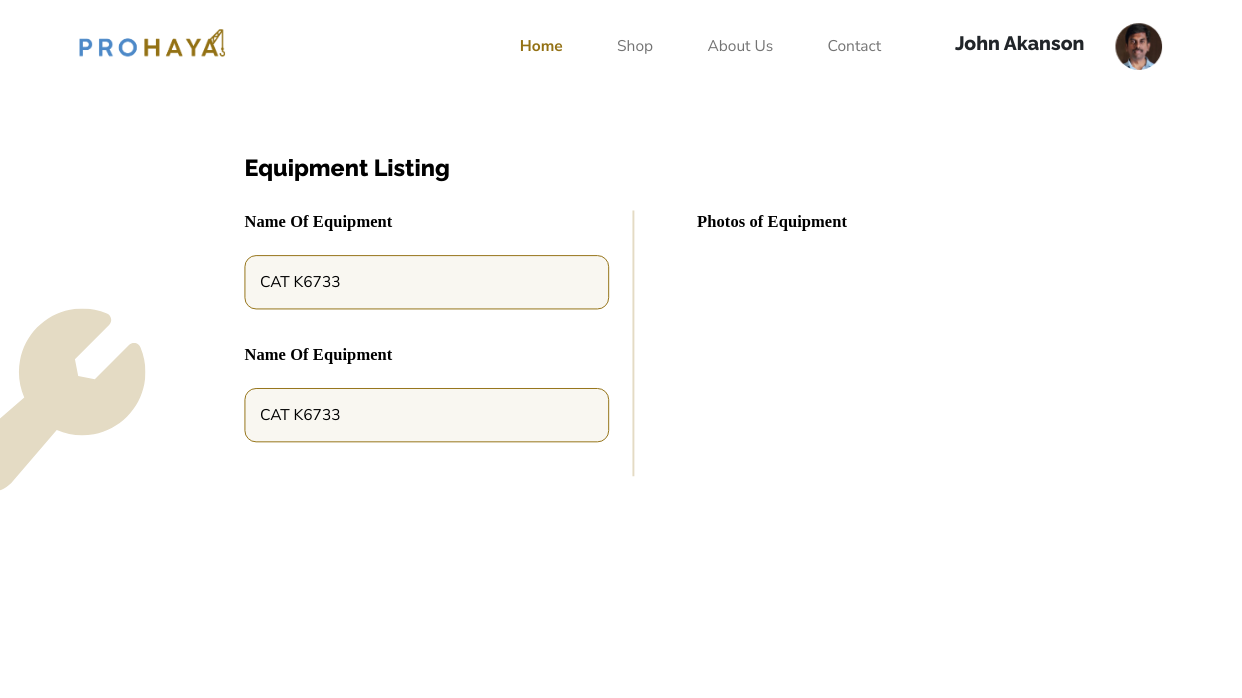
Repository: stormcelltech/Prohaya-UI
Page: Prohaya-UI/equipment_listing.html
An editor plug-in stored every save of this project. The page is shown before and after the next save, followed by the edit.
The browser window is 1280 px wide. The pictures show the whole page, at 97% of full size.
Some web libraries are served in a nearby version.

Above is the page before, as saved 2022-04-14 02:27:17.
Console error: TypeError: $(...).owlCarousel is not a function

### Prohaya-UI/equipment_listing.html
<!DOCTYPE html>
<html lang="en">

<head>
    <meta charset="UTF-8">
    <meta http-equiv="X-UA-Compatible" content="IE=edge">
    <meta name="viewport" content="width=device-width, initial-scale=1.0">
    <title>Prohaya</title>
    <script src="./assets/js/jquery-3.6.0.js"></script>
    <script src="./assets/bootstrap/dist/js/bootstrap.bundle.js"></script>
    <link rel="stylesheet" href="assets/bootstrap/dist/css/bootstrap.css">
    <link rel="stylesheet" href="./assets/css/custom.css">
    <link rel="stylesheet" href="./assets/css/carousel.css">
    <link rel="stylesheet" href="./assets/css/responsive.css">
    <script src="https://kit.fontawesome.com/151ccf5101.js" crossorigin="anonymous"></script>
    <link rel="stylesheet" href="assets/fontawesome/css/all.css">
    <link rel="preconnect" href="https://fonts.googleapis.com">
    <link rel="preconnect" href="https://fonts.gstatic.com" crossorigin>
    <link href="https://fonts.googleapis.com/css2?family=Raleway:wght@800&display=swap" rel="stylesheet">


</head>

<body>
    <nav class="navbar navbar-expand-lg navbar-light custom-navWidth bg-light">
        <div class="container">
            <a class="navbar-brand" href="#"><img src="assets/img/logo/logo.png" class="logo" alt=""></a>
            <button class="navbar-toggler border-0" type="button" data-bs-toggle="collapse" data-bs-target="#navbarSupportedContent" aria-controls="navbarSupportedContent" aria-expanded="false" aria-label="Toggle navigation">
            <span class="navbar-toggler-icon"></span>
          </button>
            <div class="collapse navbar-collapse" id="navbarSupportedContent">
                <ul class="navbar-nav custom-nav-link ms-auto mb-2 mb-lg-0">
                    <li class="nav-item">
                        <a class="nav-link active custom-active" aria-current="page" href="#">Home</a>
                    </li>
                    <li class="nav-item">
                        <a class="nav-link" href="shop.html">Shop</a>
                    </li>

                    <li class="nav-item">
                        <a class="nav-link" href="#">About Us</a>
                    </li>

                    <li class="nav-item">
                        <a class="nav-link" href="#">Contact</a>
                    </li>
                </ul>
                <div class="custom-nav-btn-container">
                    <!-- <a href="login.html" class="signin-link">Sign in</a> -->
                    <strong class="custom_john">John Akanson</strong>
                    <!-- <a href="signup.html" class="custom-btn-primary">Sign Up</a> -->
                    <img src="./assets/img/card img/Ellipse 14.png" alt="">
                </div>
            </div>
        </div>
    </nav>

    <header class="custom-listing-padding">
        <div class="container">
            <div class="row">
                <h1 class="custom_listing">Equipment Listing</h1>
                <form action="">
                    <div class="row custom-row-padding">
                        <div class="col-md-6">
                            <div class="mb-3">
                                <label for="exampleFormControlInput1" class="form-label custom-labels">Name Of Equipment</label>
                                <input type="text" class="form-control custom-input" id="exampleFormControlInput1" placeholder="CAT K6733">
                            </div>
                            <div class="mb-3">
                                <label for="exampleFormControlInput1" class="form-label custom-labels">Name Of Equipment</label>
                                <input type="text" class="form-control custom-input" id="exampleFormControlInput1" placeholder="CAT K6733">
                            </div>

                        </div>
                        <div class="col-md-1 ">
                            <div class="custom_hr">
                            </div>
                        </div>

                        <div class="col-md-5">
                            <strong class="custom_photo_section">Photos of Equipment</strong>
                        </div>
                    </div>
                </form>


                <!-- <div class="col-md-6 mb-5 d-md-block d-none custom-heading-margin-sm">
                    <h1 class="custom-heading-1 custom-heading .custom-heading-sm">
                        Looking to hire a heavy <br> duty equipment ?
                    </h1>
                    <div class="line"></div>
                    <p class="custom-paragraph">
                        <b class="custom-sub-heading">Look no further!!!</b><br> Prohaya connects you with vendors within your area in no time. Browse through several categories and equipments, pick an equipment and place your order.
                    </p>
                    <div class="my-5 custom-btn-align">
                        <a href="" class="custom-btn-primary extra-padding">Shop</a>
                    </div>
                </div>
                <div class="col-md-6 mt-5">
                    <div class="custom-box">
                        <div></div>
                    </div>
                    <div class="header-img">
                        <img src="assets/img/header component/AdobeStock_435388097_Preview_Editorial_Use_Only 1.png" alt="">
                    </div>
                </div>
                <div class="col-md-6 mb-5 d-md-none custom-heading-margin-sm">
                    <h1 class="custom-heading-1 custom-heading .custom-heading-sm">
                        Looking to hire a heavy <br> duty equipment ?
                    </h1>
                    <div class="line"></div>
                    <p class="custom-paragraph">
                        <b class="custom-sub-heading">Look no further!!!</b><br> Prohaya connects you with vendors within your area in no time. Browse through several categories and equipments, pick an equipment and place your order.
                    </p>
                    <div class="my-5 custom-btn-align">
                        <a href="" class="custom-btn-primary extra-padding">Shop</a>
                    </div>
                </div> -->
            </div>
        </div>
    </header>
    <div class="container-fluid">
        <div class="spanner-container">
            <img src="./assets/img/header component/Vector.svg" class="" alt="">
        </div>
    </div>
    <!-- <div class="container my-5">
        <div class="input-group d-md-none">
            <select class="form-select custom-form-select" id="inputGroupSelect04" aria-label="Example select with button addon">
              <option class="selected" selected>Location</option>
              <option value="1">One</option>
              <option value="2">Two</option>
              <option value="3">Three</option>
            </select>
            <select class="form-select custom-form-select" id="inputGroupSelect04" aria-label="Example select with button addon">
                <option class="selected" selected>Categories</option>
                <option value="1">One</option>
                <option value="2">Two</option>
                <option value="3">Three</option>
              </select>
            <select class="form-select custom-form-select" id="inputGroupSelect04" aria-label="Example select with button addon">
                <option class="selected" selected>Price</option>
                <option value="1">One</option>
                <option value="2">Two</option>
                <option value="3">Three</option>
              </select>
            <button class="btn btn-outline-secondary custom-brown-btn" type="button"><i class="fas fa-search"></i></button>
        </div>
    </div> -->
    <!-- <div class="container-fluid">
        <div class="spanner-container">
            <img src="./assets/img/header component/Vector.svg" class="" alt="">
        </div>
    </div> -->

    <!-- <section class="what-we-offer-bg">
        <div class="container">
            <h1 class="custom-heading-2 mt-5 text-white">
                What we offer
            </h1>
            <div class="line"></div>
        </div>

        <div class="container">
            <div class="row my-5 row-padding">
                <div class="col-md-4">
                    <div class="card mb-3 bg-transparent border-0" style="max-width: 540px;">
                        <div class="row g-0">
                            <div class="col-md-3 col-sm-12">
                                <div class="card-box d-flex justify-content-center">
                                    <div class="circle-1 text-center">
                                        <div class="icon-padding">
                                            <img src="./assets/img/icon/paste.png" width="35px" style="margin: 0 auto;" alt="">
                                        </div>
                                    </div>
                                </div>
                            </div>
                            <div class="col-md-9 text-start">
                                <div class="card-body">
                                    <h5 class="card-title custom-card-title">Listings Of Equipments</h5>
                                    <p class="card-text custom-card-text">Prohaya connects you with a wide range of equipments from vendors all around Nigeria. </p>
                                </div>
                            </div>
                        </div>
                    </div>
                </div>
                <div class="col-md-4">
                    <div class="card mb-3 bg-transparent border-0" style="max-width: 540px;">
                        <div class="row g-0">
                            <div class="col-md-3">
                                <div class="card-box d-flex justify-content-center">
                                    <div class="circle-2 text-center">
                                        <div class="icon-padding">
                                            <img src="./assets/img/icon/van-cargo.png" width="35px" style="margin: 0 auto;" alt="">
                                        </div>
                                    </div>
                                </div>
                            </div>
                            <div class="col-md-9 text-start">
                                <div class="card-body">
                                    <h5 class="card-title custom-card-title">Delivery Nationwide</h5>
                                    <p class="card-text custom-card-text">Prohaya connects you with a wide range of equipments from vendors all around Nigeria. </p>
                                </div>
                            </div>
                        </div>
                    </div>
                </div>
                <div class="col-md-4">
                    <div class="card mb-3 bg-transparent border-0" style="max-width: 540px;">
                        <div class="row g-0">
                            <div class="col-md-3">
                                <div class="card-box d-flex justify-content-center">
                                    <div class="circle-3 text-center">
                                        <div class="icon-padding">
                                            <img src="./assets/img/icon/arrow.png" width="35px" style="margin: 0 auto;" alt="">
                                        </div>
                                    </div>
                                </div>
                            </div>
                            <div class="col-md-9 text-start">
                                <div class="card-body">
                                    <h5 class="card-title custom-card-title">Negotiable Payments</h5>
                                    <p class="card-text custom-card-text">Prohaya connects you with a wide range of equipments from vendors all around Nigeria. </p>
                                </div>
                            </div>
                        </div>
                    </div>
                </div>
            </div>
        </div>
    </section> -->

    <!-- <section class="section-settings-3">
        <div class="container">
            <h1 class="custom-heading-3 mt-5 text-center">
                What do you need ?
            </h1>
        </div>

        <div class="container">
            <div class="row">
                <div class="col-md-4">
                    <div class="card" style="width: 20rem;">
                        <img src="./assets/img/background/unsplash_jibUsRaauLY.png" class="card-img-top p-3" alt="...">
                        <div class="card-body">
                            <div class="card-title custom-card-title-2">
                                Excavators
                            </div>
                            <div class="card-text font-weight-bold">
                                Available
                            </div>
                        </div>
                    </div>
                </div>
                <div class="col-md-4">
                    <div class="card" style="width: 20rem;">
                        <img src="./assets/img/background/unsplash_AI2YT94sSeA@2x.png" class="card-img-top p-3" alt="...">
                        <div class="card-body">
                            <div class="card-title custom-card-title-2">
                                Bulldozers
                            </div>
                            <div class="card-text font-weight-bold">
                                Available
                            </div>
                        </div>
                    </div>
                </div>
                <div class="col-md-4">
                    <div class="card" style="width: 20rem;">
                        <img src="./assets/img/background/unsplash_9qfH_EIzH6w.png" class="card-img-top p-3" alt="...">
                        <div class="card-body">
                            <div class="card-title custom-card-title-2">
                                Graders
                            </div>
                            <div class="card-text font-weight-bold">
                                Available
                            </div>
                        </div>
                    </div>
                </div>
            </div>



        </div>
    </section> -->

    <!-- <section class="section-settings-4">
        <div class="container">
            <h1 class="custom-heading-2 mt-5 text-dark">
                Testimonials
            </h1>
            <div class="line"></div>
        </div>

        <div class="container">
            <div class="circle-quote-container d-flex justify-content-start">
                <div class="circle-quote d-inline-flex">
                    <span class="circle-quote-img"><img src="./assets/img/icon/Vector.svg" alt=""></span><span></span>
                </div>
            </div>
            <div class="row testimonial-margin">
                <div class="col-md-4">
                    <div class="card">
                        <img src="assets/img/background/Rectangle 28.png" alt="" class="card-img-top">
                        <div class="card-body">
                            <div class="card-text my-2 text-justify">
                                Lorem ipsum dolor sit amet, consectetur adipiscing elit. Lacus scelerisque faucibus feugiat sed vestibulum sit mauris eget tempor. Hac lacus, posuere in bibendum interdum.
                            </div>
                            <div class="card-title font-weight-bold">
                                <b>
                                Kate
                                </b>
                            </div>
                            <div class="text-gray">
                                Elizade Construction Company
                            </div>
                        </div>
                    </div>
                </div>
                <div class="col-md-4">
                    <div class="card">
                        <img src="assets/img/background/unsplash_vK6HbLrGzZc.png" alt="" class="card-img-top">
                        <div class="card-body">
                            <div class="card-text my-2 text-justify">
                                Lorem ipsum dolor sit amet, consectetur adipiscing elit. Lacus scelerisque faucibus feugiat sed vestibulum sit mauris eget tempor. Hac lacus, posuere in bibendum interdum.
                            </div>
                            <div class="card-title font-weight-bold">
                                <b>
                                    Okoro
                                </b>
                            </div>
                            <div class="text-gray">
                                Elizade Construction Company
                            </div>
                        </div>
                    </div>
                </div>
                <div class="col-md-4">
                    <div class="card">
                        <img src="assets/img/background/unsplash_KHO_jvns5Xc.png" alt="" class="card-img-top">
                        <div class="card-body">
                            <div class="card-text my-2 text-justify">
                                Lorem ipsum dolor sit amet, consectetur adipiscing elit. Lacus scelerisque faucibus feugiat sed vestibulum sit mauris eget tempor. Hac lacus, posuere in bibendum interdum.
                            </div>
                            <div class="card-title font-weight-bold">
                                <b>
                                    Micheal
                                </b>
                            </div>
                            <div class="text-gray">
                                Elizade Construction Company
                            </div>
                        </div>
                    </div>
                </div>
            </div>

            <div class="circle-quote-container d-flex justify-content-end">
                <div class="circle-quote-2 d-inline-flex"> -->
                    <!-- <span class="circle-quote-img"><img src="./assets/img/icon/Vector.svg" alt=""></span><span></span> -->
                    <!-- <span></span> <span class="circle-quote-img-2"><img src="./assets/img/icon/Vector.svg" alt=""></span>
                </div>
            </div>
        </div>
    </section> -->

    <!-- <section class="section-settings-5">
        <div class="container">
            <div class="row d-flex justify-content-center">
                <div class="col-md-6">
                    <div class="details-1 pb-5 my-lg-5">
                        The largest community of <br> Heavy duty equipments <br> Hirers and Users
                    </div>
                </div>
                <div class="col-md-6">
                    <div class="card custom-signup-card">
                        <div class="signup-heading">
                            Sign up for a free account
                        </div>
                        <div class="card-body p-4">
                            <form action="" class="px-4">
                                <div class="row">
                                    <div class="col-md-6 mt-4">
                                        <input type="text" class="form-control form-custom-control" placeholder="First name" name="firstname" id="">
                                    </div>
                                    <div class="col-md-6 mt-4">
                                        <input type="text" name="lastname" class="form-control form-custom-control" placeholder="Last name" id="">
                                    </div>
                                </div>
                                <div class="row mt-4">
                                    <div class="col-md-12">
                                        <input type="email" class="form-control form-custom-control" placeholder="Email address" name="firstname" id="">
                                    </div>

                                </div>

                                <div class="row my-4">
                                    <div class="col-md-12">
                                        <input type="password" class="form-control form-custom-control" placeholder="Create password" name="firstname" id="">
                                    </div>

                                </div>

                                <div class="signup-btn-container mb-4">
                                    <button type="submit" class="custom-btn custom-primary-btn">Register</button>
                                </div>
                            </form>
                        </div>
                    </div>
                </div>
            </div>
        </div>
    </section> -->

    <!-- <footer class="footer-settings">
        <div class="container">
            <div class="row mt-5">
                <div class="col-md-12">
                    <div class="row">
                        <div class="col-md-4">
                            <div class="logo-brand">
                                <img src="./assets/img/logo/logo.png" alt="">
                            </div>
                        </div>
                        <div class="col-md-4">
                            <div class="col-md-12">
                                <div class="row">
                                    <div class="col-md-4">
                                        <a href="#" class="footer-link">Contact Us</a>
                                    </div>
                                    <div class="col-md-4">
                                        <a href="#" class="footer-link">Community</a>
                                    </div>
                                    <div class="col-md-4">
                                        <a href="#" class="footer-link">Company</a>
                                    </div>
                                </div>
                            </div>
                        </div>
                        <div class="col-md-4">
                            <div class="footer-copyright">
                                © Prohaya, Inc. 2022. We love our users!
                            </div>
                        </div>
                    </div>
                </div>
            </div> -->
            <!-- <div class="footer-bg">
                <img src="./assets/img/background/footer-bg.png" class="fixed-bottom" alt="">
            </div> -->

        <!-- </div>

    </footer> -->
    <!-- <div class="footer-custom-style">
        <div></div>
        <div></div>
    </div> -->
    <!-- <div class="footer-cover">
    </div> -->











    <script src="./assets/js/slider.js"></script>
</body>

</html>

Loaded but not shown: assets/js/jquery-3.6.0.js (library); assets/bootstrap/dist/js/bootstrap.bundle.js (library); assets/bootstrap/dist/css/bootstrap.css (library); assets/fontawesome/css/all.css (library); assets/js/slider.js (95 lines, source omitted); Prohaya-UI/assets/css/custom.css (835 lines, source omitted); assets/css/carousel.css (no copy from this time; the picture is the same without it); assets/css/responsive.css (no copy from this time; the picture is the same without it)

After the next save:
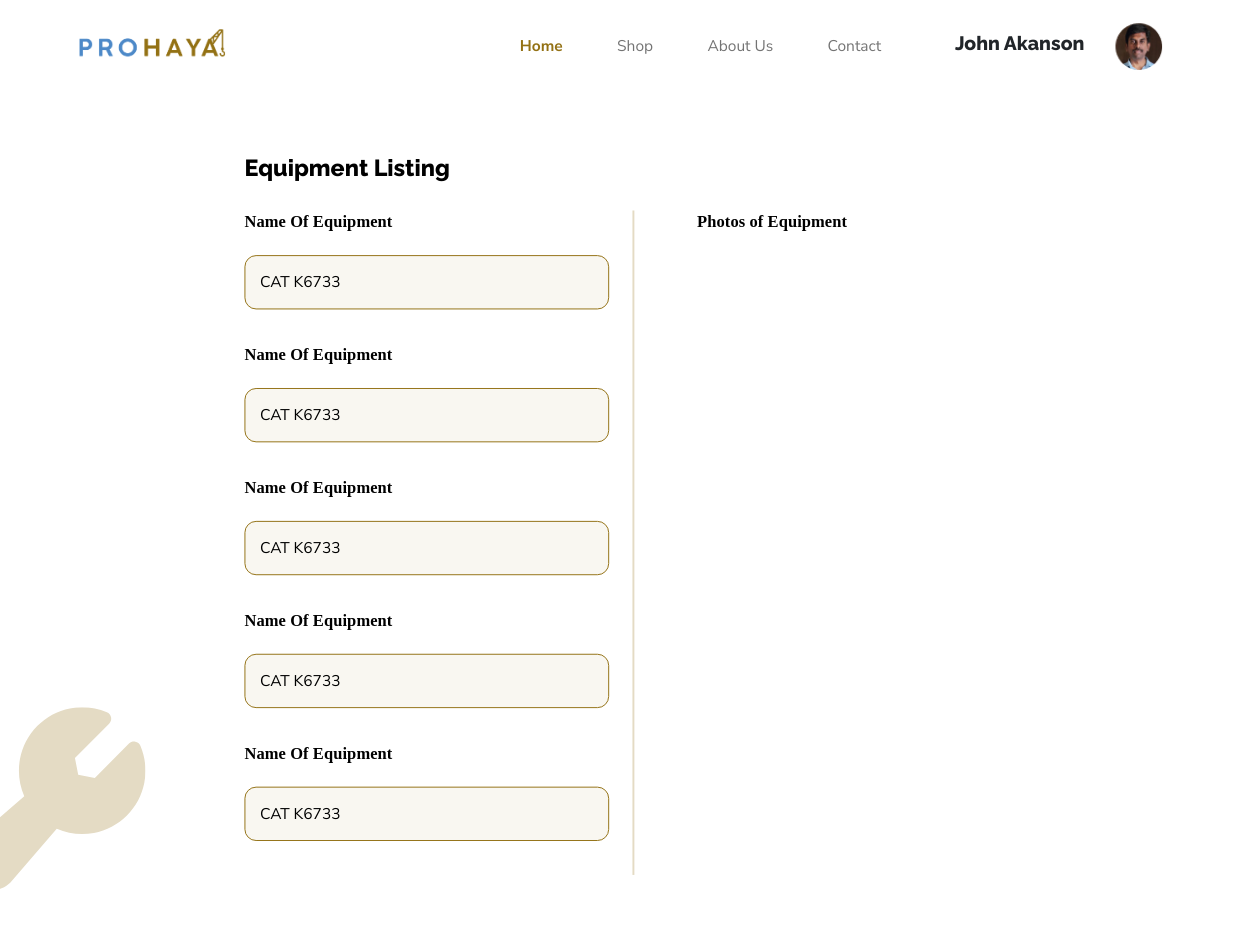
Saved 29 s later.
--- a/Prohaya-UI/equipment_listing.html
+++ b/Prohaya-UI/equipment_listing.html
@@ -62,6 +62,18 @@
                 <form action="">
                     <div class="row custom-row-padding">
                         <div class="col-md-6">
+                            <div class="mb-3">
+                                <label for="exampleFormControlInput1" class="form-label custom-labels">Name Of Equipment</label>
+                                <input type="text" class="form-control custom-input" id="exampleFormControlInput1" placeholder="CAT K6733">
+                            </div>
+                            <div class="mb-3">
+                                <label for="exampleFormControlInput1" class="form-label custom-labels">Name Of Equipment</label>
+                                <input type="text" class="form-control custom-input" id="exampleFormControlInput1" placeholder="CAT K6733">
+                            </div>
+                            <div class="mb-3">
+                                <label for="exampleFormControlInput1" class="form-label custom-labels">Name Of Equipment</label>
+                                <input type="text" class="form-control custom-input" id="exampleFormControlInput1" placeholder="CAT K6733">
+                            </div>
                             <div class="mb-3">
                                 <label for="exampleFormControlInput1" class="form-label custom-labels">Name Of Equipment</label>
                                 <input type="text" class="form-control custom-input" id="exampleFormControlInput1" placeholder="CAT K6733">
